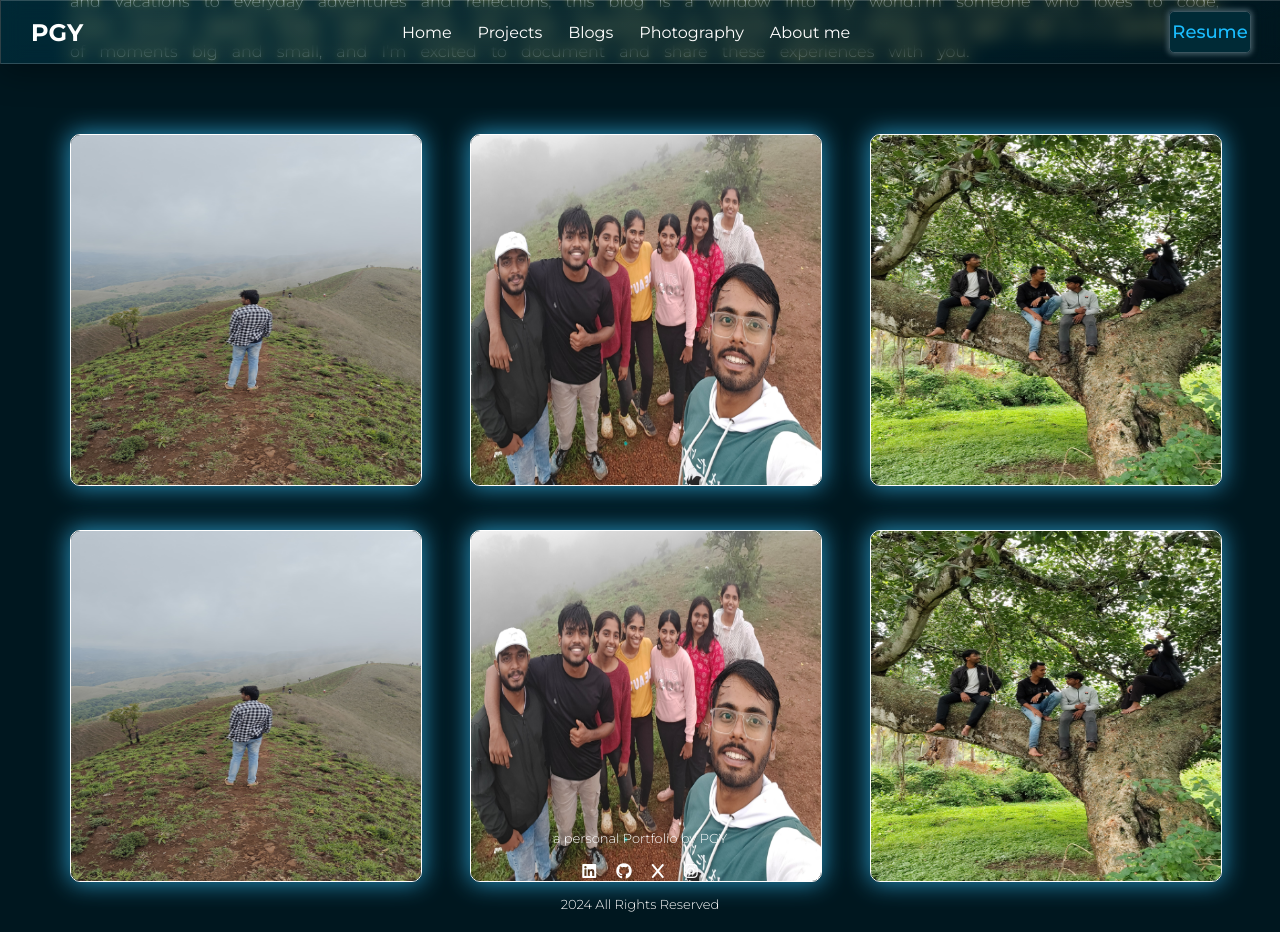
Repository: pgyunknown/pgyunknown
Page: personal_blog.html
The author's editor kept a copy of each file at every save. The page is drawn from the files as they stood at one save, then again after a run of saves.
The browser window is 1280 px wide. The pictures show the whole page.
Some web libraries are served in a nearby version.

Above is the page before, as saved 2024-08-22 11:05:53.

### personal_blog.html
<!DOCTYPE html>
<html lang="en">
<head>
    <meta charset="UTF-8">
    <meta name="viewport" content="width=device-width, initial-scale=1.0">
    <title>Personal portfolio</title>
    <link rel="stylesheet" href="personal_blog.css">
    <link rel="preconnect" href="https://fonts.googleapis.com">
<link rel="preconnect" href="https://fonts.gstatic.com" crossorigin>
<link href="https://fonts.googleapis.com/css2?family=Libre+Baskerville:ital,wght@0,400;0,700;1,400&family=Montserrat:ital,wght@0,100..900;1,100..900&family=Titillium+Web:ital,wght@0,200;0,300;0,400;0,600;0,700;0,900;1,200;1,300;1,400;1,600;1,700&display=swap" rel="stylesheet">
<link rel="stylesheet" href="https://cdnjs.cloudflare.com/ajax/libs/font-awesome/6.6.0/css/all.min.css" integrity="sha512-Kc323vGBEqzTmouAECnVceyQqyqdsSiqLQISBL29aUW4U/M7pSPA/gEUZQqv1cwx4OnYxTxve5UMg5GT6L4JJg==" crossorigin="anonymous" referrerpolicy="no-referrer" />
</head>
<body>
    <header>
        <div class="pgy_con">
                <div class="pgy"><a href="#">PGY</a></div>
        </div>
        <nav>
                <div class="nav_bar">
                <a href="#" id="home">Home</a>
                <a href="#"id="projects">Projects</a>
                <a href="blog.html"id="blogs">Blogs</a>
                <a href="#"id="photo">Photography</a>
                <a href="#"id="About">About me</a>
                </div>
            </nav>
        <div class="resume_con">
                <button>Resume</button>
        </div>
    </header>
    <main>
        <div class="personal_intro"><p>This is my personal space where I share stories, insights, and experiences from various aspects of my life. From my travels and vacations to everyday adventures and reflections, this blog is a window into my world.I’m someone who loves to code, travel around, explore foods, watch movies, and most importantly my favorite part is hitting the gym. Life is a journey full of moments big and small, and I’m excited to document and share these experiences with you. </p></div>

        <div class="contianer1">
        <div ><img src="imgs/WhatsApp Image 2024-08-16 at 18.40.53_9c257726.jpg" alt=""></div>
        <div ><img src="imgs/WhatsApp Image 2024-08-16 at 18.40.52_35491df1.jpg" alt=""></div>
        <div ><img src="imgs/WhatsApp Image 2024-08-16 at 18.34.26_5f8bc427.jpg" alt=""></div>
        </div>

        <div class="contianer1">
        <div ><img src="imgs/WhatsApp Image 2024-08-16 at 18.40.53_9c257726.jpg" alt=""></div>
        <div ><img src="imgs/WhatsApp Image 2024-08-16 at 18.40.52_35491df1.jpg" alt=""></div>
        <div ><img src="imgs/WhatsApp Image 2024-08-16 at 18.34.26_5f8bc427.jpg" alt=""></div>
        </div>
        </main>

        <footer>
        <div class="footer_port">a personal Portfolio by PGY</div>
        <div class="footer_icons">
            <a href="https://www.linkedin.com/in/p-gokul-yadav-82548a295?utm_source=share&utm_campaign=share_via&utm_content=profile&utm_medium=android_app" alt="Gokul's linkedin profile" target="_blank"><i class="fa-brands fa-linkedin"></i></a>
            <a href="https://github.com/pgyunknown" alt="Gokul Github profile" target="_blank" alt="Gokul's Github profile" ><i class="fa-brands fa-github"></i></a>
            <a href=" https://x.com/cody_hunk?t=EkARfGCWhhBT_BHbby4DGw&s=08 " target="_blank" alt="Gokul's X profile" ><i class="fa-brands fa-x" ></i></a>
            <a href="#" target="_blank" alt="Gokul's fa-instagram profile" ><i class="fa-brands fa-instagram" ></i></a>
        </div>
        <div class="copyrights">2024 All Rights Reserved</div>
    </footer>

### personal_blog.css
*{margin: 0px;
    padding: 0px;
}
body{
    background-color: #00171F;
    color: white;
    box-sizing: border-box;


}
a{
    text-decoration: none;
    color: inherit;
}

header{
    display: flex;
    justify-content: space-between;
    align-items: center;
    padding: 10px;
    /* Glassy effect */
    background: linear-gradient(135deg, rgba(0, 200, 255, 0.1), rgba(255, 255, 255, 0));
    backdrop-filter: blur(10px);
    -webkit-backdrop-filter: blur(10px);
    border:1px solid rgba(255, 255, 255, 0.18);
    box-shadow: 0 8px 32px 0 rgba(0, 0, 0, 0.37);

    overflow: hidden;
    position: fixed; /* Set the navbar to fixed position */
    top: 0; /* Position the navbar at the top of the page */
    width: 100%;
}

.pgy_con
{
    margin-left: 20px;
    font-family: "Montserrat", sans-serif;
    font-optical-sizing: auto;
    font-size: x-large;
    font-weight: 700;
    font-style: normal;
    align-items: end;

}

.pgy_con .pgy a{
    text-decoration: none;
}
.nav_bar {
        /* height: 50px; */
    width: 500px;
    display: flex;
    justify-content: space-evenly;

    transition-property: all;
    transition-timing-function: ease-in-out;
    transition-delay: 1s;


}

.nav_bar a{
    box-sizing: border-box;
    font-family: "Montserrat", sans-serif;
    font-optical-sizing: auto;
    font-weight: 400;
    font-style: normal
    text-decoration: none;
    justify-content: space-around;
    align-items: center;
    padding-top:10px;
    padding-bottom :10px;
    /* padding-right:10px ;
    padding-left:10px ; */
}

.nav_bar a:hover{
    color: #FFC107;
    text-shadow: #FFC107 0px 0px  1px;
    border-bottom: 0.5px solid #FFC107;


}


.resume_con {
    display: flex;
    justify-content: center;
    margin-right: 20px;
    background-color: #00171F;
    margin-right: 40px;
}
.resume_con button{
    background-color:rgba(0, 200, 255, 0.1);
    box-sizing: content-box;
    height: 2.5rem;
    width: 5rem;
    font-family: "Montserrat", sans-serif;
    font-optical-sizing: auto;
    font-size: large;
    font-weight: 500;
    font-style: normal;
    color: #1ABEFF;
    border: 0.0001px solid #3c555f;
    border-radius: 0.3rem;
    box-shadow: 0px 0px 5px 2px #3c555f;

}
    main{
    display: flex;
    flex-direction:column ;
    align-items: center;
    justify-content: center;
    height: 600px;
    width: 90%;
    /* justify-content:space-around; */
    align-items: center;
    padding: 50px;
    margin: 60px 20px 70px 20px;
}
main .personal_intro{
    display: flex;
    flex-direction: row;
    font-family: "Montserrat", sans-serif;
    font-optical-sizing: auto;
    font-size: medium;
    font-weight: 300;
    font-style: normal;
    margin-top: 50px;
    margin-bottom: 50px;
    word-spacing: 10px;
    line-height: 25px;
    text-shadow: #FC0 0 0 5px;
}

main{

}
main .contianer1{
    display: flex;
    flex-direction: row;
    justify-content: space-between;
    align-items: center;
    height: 500px;
    width: 100%;
    padding: 20px;
}

main .contianer1 img{
    height: 350px;
    width: 350px;
    border-radius:10px;
    border: 1px solid #ffffff;
    box-shadow: 0px 0px 25px 1px #2792bd;
}

footer{
    display: flex;
    flex-direction:column;
    justify-content: center;
    align-items: center;
    margin-top: 20px;
    margin-bottom: 20px;
    font-family: "Montserrat", sans-serif;
    font-optical-sizing: auto;
    font-size: small;
    font-weight: 300;
    font-style: normal;
}

.footer_icons{
    display: flex;
    justify-content: center;
    align-items: center;
    width: 50px;
    height: 50px;
}



.copyrights{
    display: flex;
    justify-content: center;
    align-items: center;
}

.footer_icons a{
font-size: medium;
padding: 10px;
width: 50px;
height: 50px;
display: flex;
justify-content: center;
align-items: center;
}

After the next 2 saves:
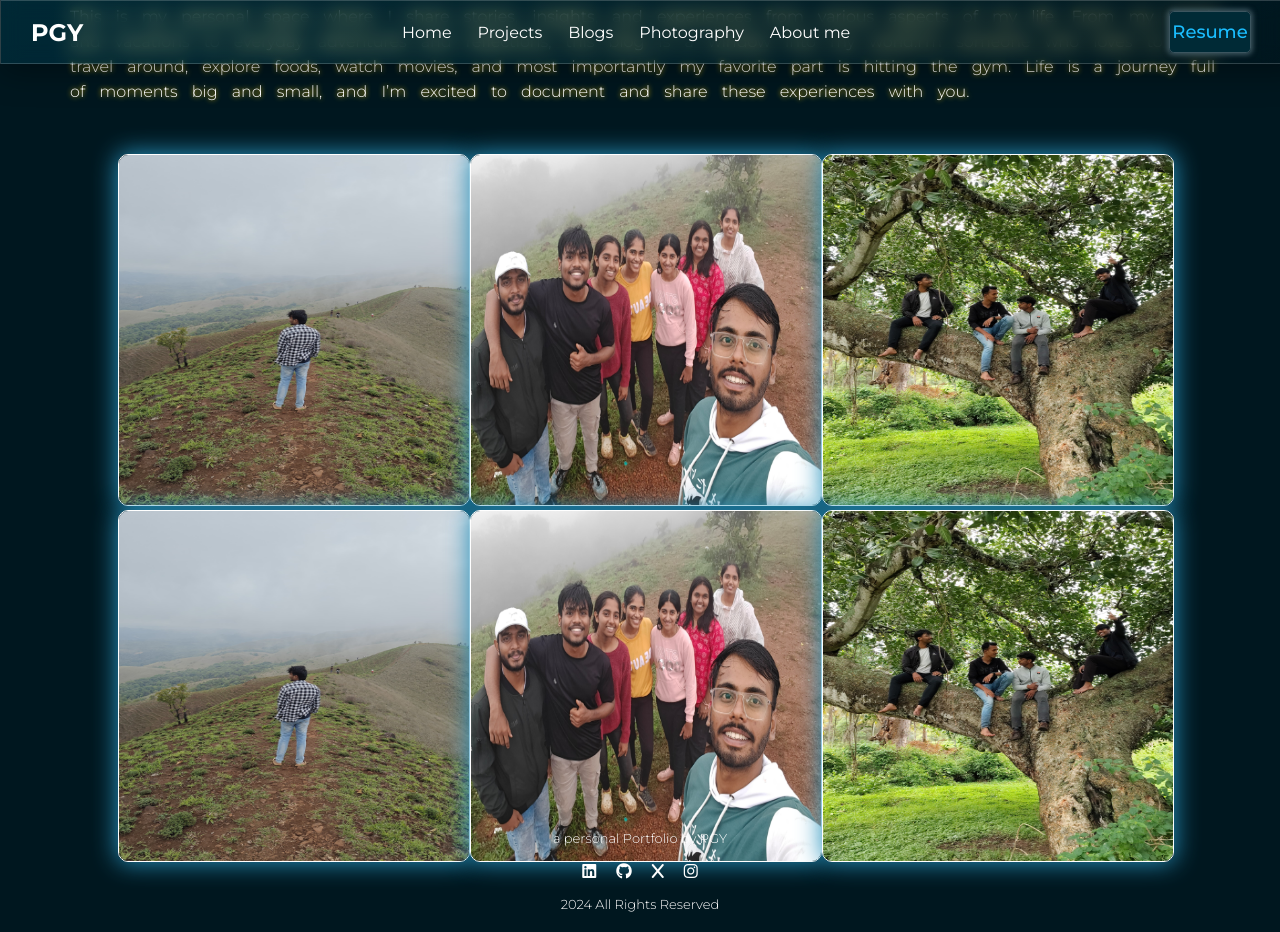
The 2 saves are shown as one change because they came seconds apart.
The last was saved 57 s later.
--- a/personal_blog.css
+++ b/personal_blog.css
@@ -135,15 +135,14 @@ main .personal_intro{
 
 main{
 
+
 }
 main .contianer1{
     display: flex;
     flex-direction: row;
     justify-content: space-between;
     align-items: center;
-    height: 500px;
-    width: 100%;
-    padding: 20px;
+
 }
 
 main .contianer1 img{
